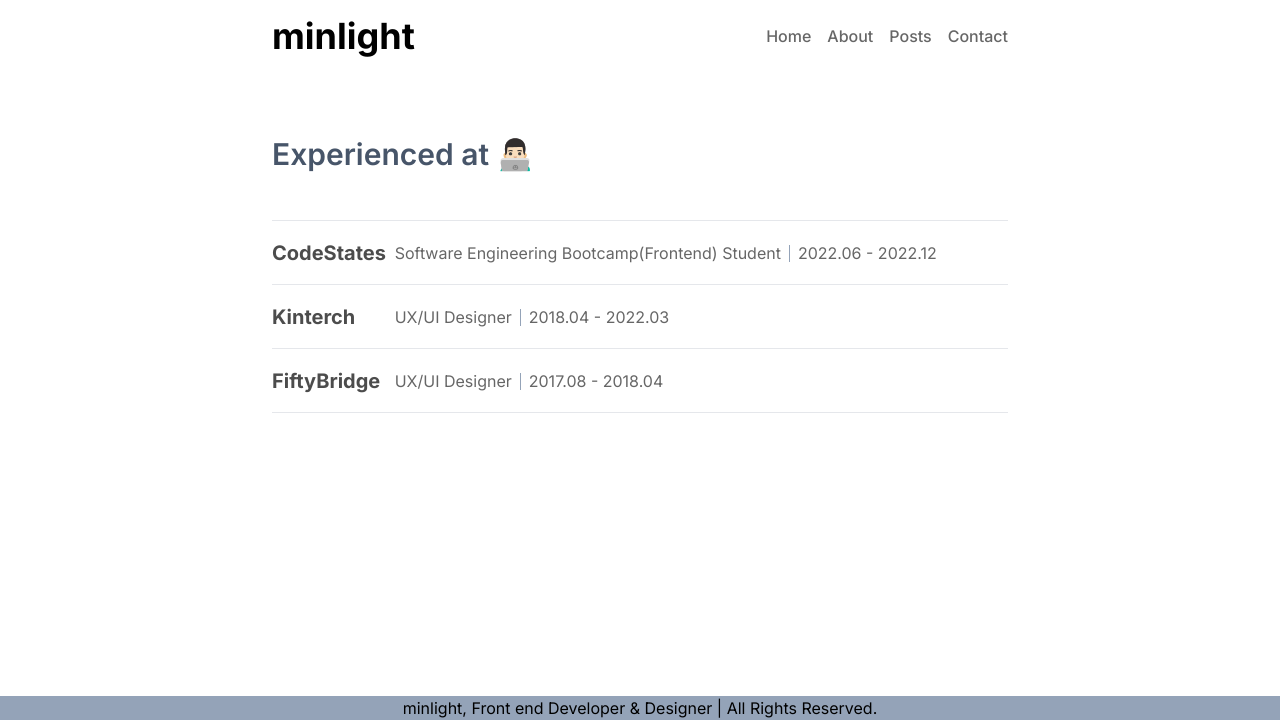
Repository: kwngmin/minlight-blog
Page: /about
The author's editor kept a copy of each file at every save. The page is drawn from the files as they stood at one save, then again after the next save.
The browser window is 1280 px wide. The pictures show the whole page.
The project was rebuilt for these pictures with package versions that can differ from the ones it lists, and the page was loaded fresh each time. The framework's server and built-in components were replaced by stand-ins that run in the browser. Also part of the build but not shown: next.config.js.

Above is the page before, as saved 2023-04-01 00:34:46.

After the next save:
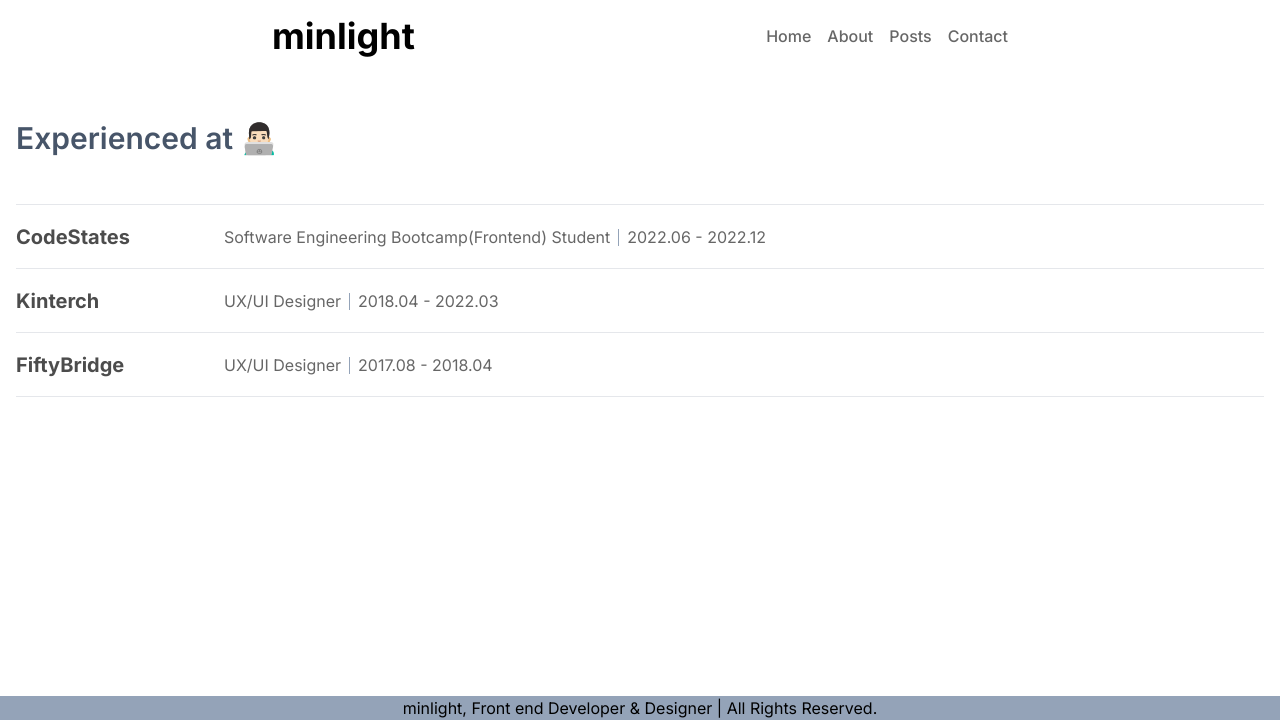
Saved 24 s later.
--- a/src/app/about/page.tsx
+++ b/src/app/about/page.tsx
@@ -17,26 +17,22 @@ export default function AboutPage() {
     },
   ];
   return (
-    <div>
-      <article className="max-w-screen-md mx-auto p-4">
-        <h2 className="text-3xl font-semibold text-slate-600 border-b py-12">
-          Experienced at 👨🏻‍💻
-        </h2>
-        <ul>
-          {careerData.map(({ company, role, period }) => (
-            <li key={company} className="flex items-center h-16 border-b">
-              <h3 className="font-bold text-xl w-1/6 text-black/70">
-                {company}
-              </h3>
-              <p className="text-black/60">
-                {role}
-                <span className="border-l text-sm mx-2 border-slate-400" />
-                {period}
-              </p>
-            </li>
-          ))}
-        </ul>
-      </article>
-    </div>
+    <article>
+      <h2 className="text-3xl font-semibold text-slate-600 border-b py-12">
+        Experienced at 👨🏻‍💻
+      </h2>
+      <ul>
+        {careerData.map(({ company, role, period }) => (
+          <li key={company} className="flex items-center h-16 border-b">
+            <h3 className="font-bold text-xl w-1/6 text-black/70">{company}</h3>
+            <p className="text-black/60">
+              {role}
+              <span className="border-l text-sm mx-2 border-slate-400" />
+              {period}
+            </p>
+          </li>
+        ))}
+      </ul>
+    </article>
   );
 }
